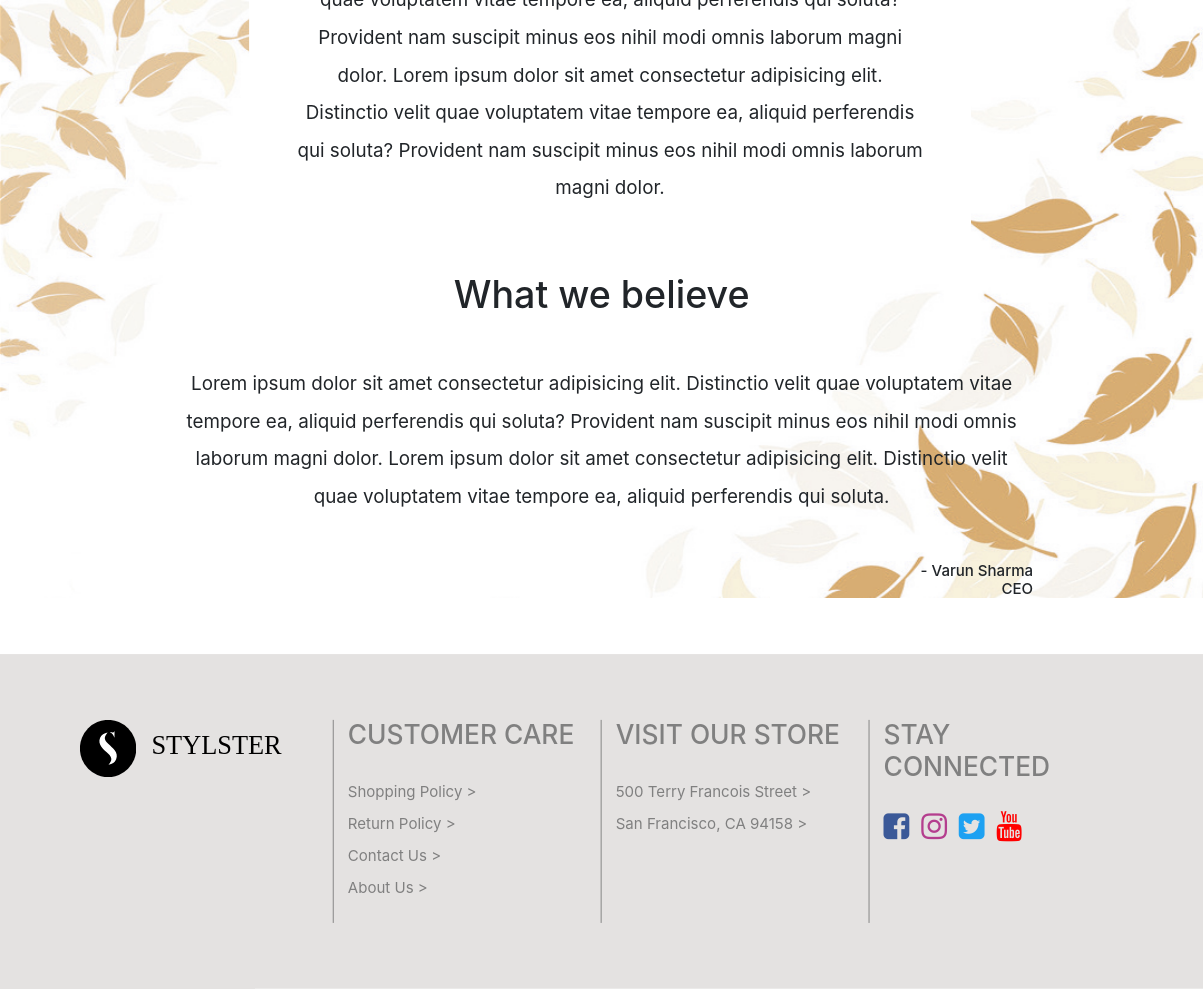
Repository: Lovekr/stylester
Page: stylster_frontend_design/career.html
An editor plug-in stored every save of this project. The page is shown before and after the next save, followed by the edit.
The browser window is 1280 px wide. The pictures show the part of the page from y = 736 to 1788 px (the page is 1788 px tall), at 94% of full size.
Some web fonts or font styles are not loaded; a fallback is used.

Above is the page before, as saved 2020-03-10 17:53:28.

### stylster_frontend_design/career.html
<!DOCTYPE html>
<html lang="en">
<head>
    <meta charset="UTF-8">
    <meta name="viewport" content="width=device-width, initial-scale=1.0">
    <link rel="stylesheet" href="https://stackpath.bootstrapcdn.com/bootstrap/4.4.1/css/bootstrap.min.css" >
     <link rel="stylesheet" href="./css/owl.carousel.css">
     <link rel="stylesheet" href="./css//owl.theme.default.min.css">
     <link rel="stylesheet" href="https://cdnjs.cloudflare.com/ajax/libs/font-awesome/4.7.0/css/font-awesome.min.css">
    <link rel="stylesheet" href="./css/career.css">

    <title>STYLSTER</title>
</head>
<body>


  <div id="navbar">
    <nav class="navbar navbar-expand-lg navbar-light">
        <img class="addright"
        src="./asset/stylster logo1-01.svg"><a class="navbar-brand headingfont" href="#">STYLSTER</a>

      <button class="navbar-toggler" type="button" data-toggle="collapse" data-target="#navbarSupportedContent" aria-controls="navbarSupportedContent" aria-expanded="false" aria-label="Toggle navigation">
        <span class="navbar-toggler-icon"></span>
    </button>
        <div class="collapse navbar-collapse" id="navbarSupportedContent">
          <input type="text" placeholder="e.g. T-shirt, Top ...">
          <div class="navbar-manu-inside">
            <a href="#">MEN</a>
            <a href="#">WOMEN</a>
            <a href="#">DEALS</a>
            <a href="#">STYLE PICK</a>
            <a href="#">BLOGGER NETWORK</a>
            <a href="#">ABOUT</a>
          </div>
          <div class="displaynone1000">
            <div>
                <i class="fa fa-facebook-square"></i>
                <i class="fa fa-instagram"></i>
                <i class="fa fa-pinterest-square"></i>
                <i class="fa fa-youtube"></i>
              </div>
              <div class="flexIcon">
                <img src="./asset/nav icon/navHeart.png">
                <img src="./asset/nav icon/navUser.png">
              </div>
          </div>
        </div>

    </nav>
    <div class="navbar-manu">
      <a href="#">MEN</a>
      <a href="#">WOMEN</a>
      <a href="#">DEALS</a>
      <a href="#">STYLE PICK</a>
      <a href="#">BLOGGER NETWORK</a>
      <a href="#">ABOUT</a>
    </div>
</div>
<div class="container mt-5 interested text-center">
  <div class="flex1">
       <h4 class="mr-3 pb-2">I'm Interested in </h4>
       <select class="mr-3 mb-2 form-control" id="exampleFormControlSelect1">
           <option>Choose your category </option>
           <option>2</option>
           <option>3</option>
           <option>4</option>
           <option>5</option>
       </select>
       <div>
           <button type="button" class="btn">GO</button>
       </div>
  </div>
</div>
    <div class="main-header bgOffice">
        <h1 class="career-header headingfont">Join Stylster...</h1>
    </div>


     <div class="container-fluid backgroundimg">
           <div class="career-sub-text">
                <p >Lorem ipsum dolor sit amet consectetur adipisicing elit. Distinctio velit quae voluptatem vitae tempore ea, aliquid perferendis qui soluta? Provident nam suscipit minus eos nihil modi omnis laborum magni dolor. Lorem ipsum dolor sit amet consectetur adipisicing elit. Distinctio velit quae voluptatem vitae tempore ea, aliquid perferendis qui soluta? Provident nam suscipit minus eos nihil modi omnis laborum magni dolor.</p>
            </div>
            <div class="text-center career-head-believe container">
              <div class="textbackground">
                <h1 class="textbackground">What we believe</h1>
              </div>

                <p>Lorem ipsum dolor sit amet consectetur adipisicing elit. Distinctio velit quae voluptatem vitae tempore ea, aliquid perferendis qui soluta? Provident nam suscipit minus eos nihil modi omnis laborum magni dolor. Lorem ipsum dolor sit amet consectetur adipisicing elit. Distinctio velit quae voluptatem vitae tempore ea, aliquid perferendis qui soluta.</p>
               <div class="text-right mr-5 pr-5">
                <h6>- Varun Sharma </h6>
                <h6 class="">CEO</h6>
               </div>
            </div>
        </div>


        <div id="footer" class="container-fluid">
          <div class="row">
              <div class="col-xs-12 col-sm-6 col-md-3 rline">
                <h3 class="footer-stylster headingfont footertext"><img class="pr-3 " src="./asset/stylster logo1-01.svg">STYLSTER</h1>


              </div>
              <div class="col-xs-12 col-sm-6 col-md-3 rline rline3">
                  <h3>CUSTOMER CARE</h3>
                  <ul>
                      <li><a href="#">Shopping Policy ></a></li>
                      <li><a href="#">Return Policy ></a></li>
                      <li><a href="#">Contact Us ></a></li>
                      <li><a href="#">About Us ></a></li>
                  </ul>

              </div>
              <div class="col-xs-12 col-sm-6 col-md-3 rline">
                  <h3>VISIT OUR STORE</h3>
                  <ul>
                      <li><a href="#">500 Terry Francois Street ></a></li>
                      <li><a href="#">San Francisco, CA 94158 ></a></li>

                  </ul>
              </div>
              <div class="col-xs-12 col-sm-6 col-md-3 rline2">
                  <h3>STAY CONNECTED</h3>
                  <div class="mt-4">
                      <a href="#"><i class="fa fa-facebook-square fa-2x pr-2"></i></a>
                      <a href="#"><i class="fa fa-instagram fa-2x pr-2"></i></a>
                      <a href="#"><i class="fa fa-twitter-square fa-2x pr-2"></i></a>
                      <a href="#"><i class="fa fa-youtube fa-2x "></i></a>

                  </div>
              </div>
          </div>
        </div>


<script src="https://code.jquery.com/jquery-3.4.1.slim.min.js" ></script>
<script src="https://cdn.jsdelivr.net/npm/popper.js@1.16.0/dist/umd/popper.min.js" ></script>
<script src="https://stackpath.bootstrapcdn.com/bootstrap/4.4.1/js/bootstrap.min.js" ></script>

</body>
</html>

### stylster_frontend_design/css/career.css
@import url('https://fonts.googleapis.com/css?family=Allerta+Stencil&display=swap');
.headingfont
{
    font-family: 'Allerta Stencil';

}
*{
    margin: 0;
    padding: 0;
}
h1,h2,h3,h4,h5,h6,p{
    padding: 0px;
    margin: 0px;
}
.backgroundimg {
    background: url("../asset/brown\ leaf-01.svg");
    background-size: cover;
    width: 100%;
}

/* navbar */


#navbar{
    background-color: white !important;
}
#navbar .navbar-brand{
    font-size: 40px;
    font-weight: 500;
}
#navbar i{
    margin-right: 10px;
    font-size: 20px;
}

#navbar .nav-link{
    color: black;
    margin:0px 20px 0px 20px;
    text-decoration: underline;
    font-weight: 500;
}

.flexIcon{
    display: flex;
    justify-content: center;
    width: 100%;
}
.flexIcon i{

    width: 30px;
    padding: 3px  7px;
    height: 25px;
 }
 .flexIcon img{

    width: 40px;
    padding-right: 10px;
    }

    #navbar input{
        width: 65%;
        margin:auto 200px auto 30px;
         outline: 0;
        border-width: 0 0 2px;
        border-color: rgb(54, 53, 53);
    }
#navbar input:focus {
    border-color: black
  }
  #navbar input::placeholder{
    color: rgb(102, 99, 99) !important;
    padding-left: 10px;
}
.navbar-manu{
    display: flex;
    justify-content: center;
}
.navbar-manu a{
    margin: 10px 50px;
}
.navbar-manu a{
    color: black !important;
   font-weight: 500;
}
.navbar-manu a:hover{
    text-decoration: underline;
}
.fa-facebook-square {
    color: #3b5998;
  }
.fa-instagram {
    color: #B43E8E;
}
.fa-pinterest-square {
    color: #bd081c;
}
.fa-youtube {
      color: #FF0000;
}
.fa-twitter-square {
    color: #1da1f2;
}
.footertext{
    color: black !important;
}
::placeholder {
    color:white !important;
}

.textbackground:before {
    position: absolute;
    width: 100%;
    height: 41px;
    top: auto;
    left: 70%;
    border-top: 15px solid #F2CEAE;
    z-index: -7;
    content: "";
    position: absolute;
    display: block;
    overflow: hidden;
    left: -1px;
    margin-top: 27px;
}
@media only screen and (min-width: 1000px){
    .navbar-manu-inside{
        display: none;
    }
}

@media only screen and (max-width: 1000px){
    .displaynone1000{
        display: none;
    }
    .navbar-manu{
        display: none;

    }

    .navbar-manu-inside {
        display: flex;
        flex-direction: column;
        margin: 20px 0px 20px 30px;
        padding: 20px 0px;
    }

    .navbar-manu-inside a{
            margin: 10px 0px;
            color: black !important;
            font-weight: 500;
    }

}
@media only screen and (max-width: 1024px){
    #navbar input {
    width: 50%;
    }
    .navbar-manu a {
        margin: 10px 20px;
    }
}

@media only screen and (max-width: 770px){
    #navbar input {
        width: 70%;
    }
}

@media only screen and (max-width: 450px){
    #navbar input {
        width: 100%;
        margin:auto;
        margin-top: 15px;
    }
}











  /* main header */

  .bgOffice{
      background: url('https://images.unsplash.com/photo-1497366811353-6870744d04b2?ixlib=rb-1.2.1&ixid=eyJhcHBfaWQiOjEyMDd9&auto=format&fit=crop&w=750&q=80');
      background-size: cover;
      width: 100%;
      height: 70vh;
      background-position: center;
      background-repeat: no-repeat;


    }

.bgOffice .career-header{
    position: relative;
    top: 32%;
    width: 900px !important;
    text-align: right;

    font-size: 80px;
    background-color: #c1a693;
    opacity: 1.7;
    padding: 3px 20px;
    width: 500px;
}

.career-sub-text{
    background-color: white;
    width: 60vw;
    position: relative;;
   top: -110px;
   left: 20%;
    line-height: 40px;
    padding: 50px;
    width: 100;
    border-radius: 20px;
    align-items: center;
    font-size: 20px;
    text-align: center;
}
.career-head-believe{
    margin-top:-90px !important;
}


.career-head-believe p{
    padding: 50px 100px;
    font-size: 20px;
    line-height: 40px;
}
.interested{
    padding: 0px 150px;

}
.interested select{
    width: 400px;
}

.interested .form-control{
    color: white;
    background-color: black;
}
.interested .btn{
    background-color: black;
    color: white;
    font-weight: 600;
}
.interested button:hover{
    background-color: rgb(163, 157, 157);
    color: black;
}
.interested .flex1{
    display: flex;
    justify-content: center;
}

/* responsive 1024 */


@media only screen and (max-width: 1100px) {
    #navbar .displaynone1000{
       display: none;
    }
    .bgOffice .career-header {
        width: 730px !important;
    }
    .career-sub-text {
        bottom: -10%;
        font-size: 25px;
    }
    .career-head-believe p{
        font-size: 25px;
    }


}

/* responsive 770 */

@media only screen and (max-width: 770px) {

  .career-head-believe p {
        padding: 50px 100px;
    }

    .career-sub-text {
        width: 80vw;
        left: 10%;
        bottom: -20% !important;
        font-size: 18px;

    }
    .bgOffice .career-header {
        width: 650px !important;
    }
    .career-head-believe{
        margin-top: 300px;
    }
    .career-head-believe h1{
        padding: 0px  100px;
    }
    .career-head-believe p{
        font-size: 18px;
    }
    .interested .flex1{

    }
    .flex1{
        display: flex;
        flex-direction: column;
        justify-content: center;
    }

}


/* footer */


#footer .row{
    padding: 70px;

}

#footer{
    margin-top: 60px;
    background-color: rgb(228, 226, 225);
}
/* .footer-stylster{
    line-height: 0;
} */
#footer ul {
    list-style: none;
}
#footer a,#footer h3{
    color: gray;
}
#footer a:hover{
    color: black;
    font-weight: 500;
}

.rline{
    border-right: 1px solid gray;

}

#footer ul li{
    padding-bottom: 10px;
}
#footer h3{
    margin-bottom: 30px;
}

@media only screen and (max-width: 770px){


    #footer .row {
        padding: 30px;
    }


}

@media only screen and (max-width: 420px){

    .rline{
        border: none;
    }

}


@media only screen and (max-width: 1024px){
    .career-sub-text {
        bottom: -5%;
    }
    .career-sub-text {

        width: 80vw;

        top: -200px;
        left: 10%;

    }
}

/* min 1024 */
@media only screen and (min-width: 1030px) {

    .bgOffice .career-header {
        width: 650px ;
    }
    .career-sub-text {
        bottom: -30%;
    }

}

@media only screen and (max-width: 380px){
    /* .career-sub-text {
        bottom: -20;
    } */
}
/* max 400 */
@media only screen and (max-width: 450px){
    .bgOffice .career-header {
        width: 300px !important;
        font-size: 30px;
    }
    .career-head-believe{
        margin-top: -180px !important;
    }
    .interested {
        align-items: center;
    }
    .interested select{
        width: 250px;
        display: flex !important;
        width: 100%;
        justify-content: center;
    }
    .form-control{
        display: none;
    }
    .career-sub-text{
        font-size: 14px;
        line-height: 1.5;
        padding: 20px;
        width: 80vw;
        left: 7%;
    }
    .career-head-believe{
         margin-top: 200px;
    }
    .career-head-believe p{
        padding: 50px 20px;
        line-height: 1.5;
        font-size: 14px;
    }
    .career-sub-text {
        bottom: -25%;
    }
    .interested {
        padding: 0px 50px;
    }
    .career-head-believe h1{
        padding: 0px  50px;
        font-size: 30px;
    }
    .interested .btn{
        padding: 0;
    height: 35px;
    width: 50px;
    }


}

/* @media only screen and (max-width: 500px){
    .bgOffice .career-header {
        top: ;
} */

Loaded but not shown: stylster_frontend_design/css/owl.carousel.css (library); stylster_frontend_design/css/owl.theme.default.min.css (common file)

After the next save:
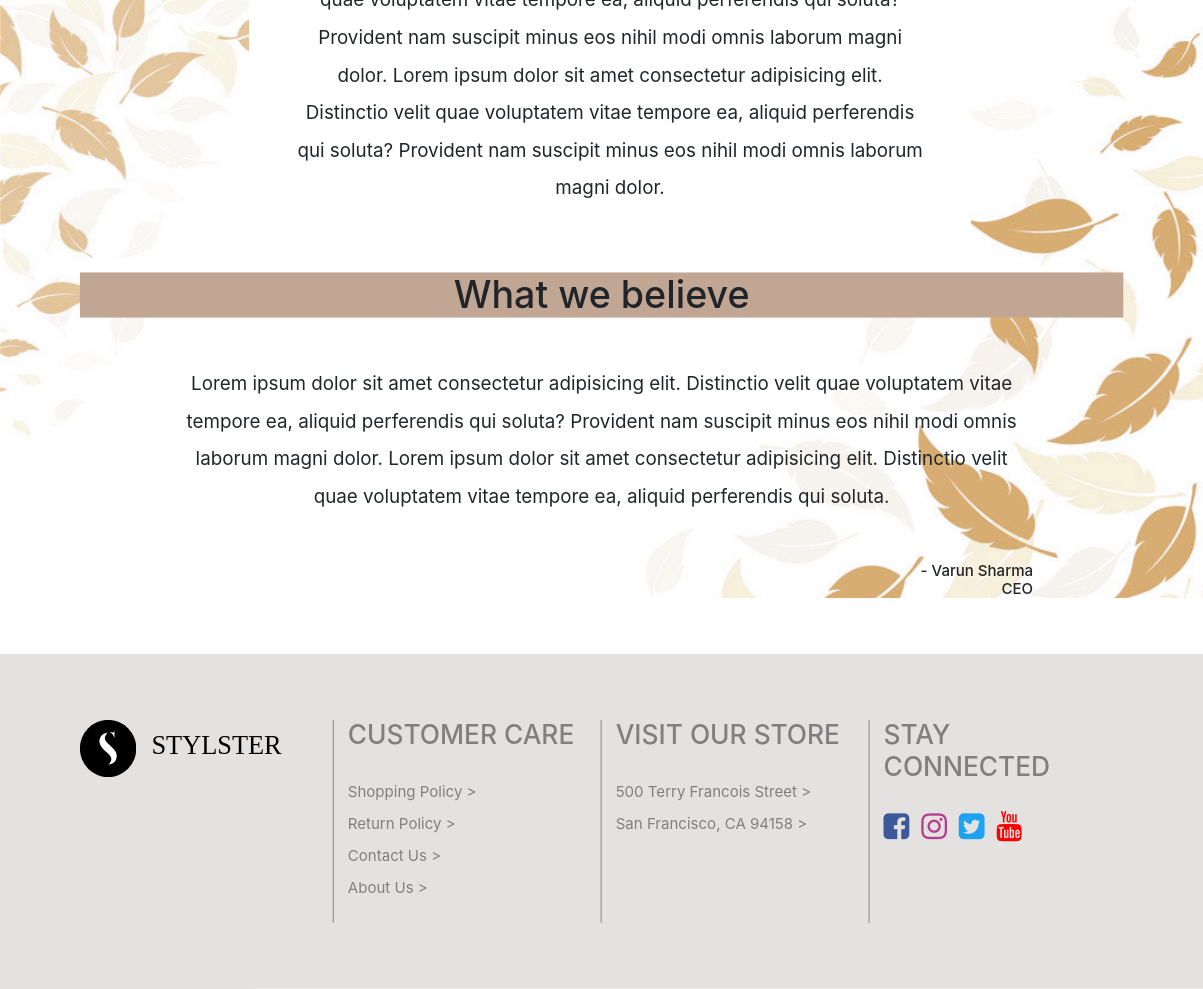
Saved 43 s later.
--- a/stylster_frontend_design/career.html
+++ b/stylster_frontend_design/career.html
@@ -81,10 +81,7 @@
                 <p >Lorem ipsum dolor sit amet consectetur adipisicing elit. Distinctio velit quae voluptatem vitae tempore ea, aliquid perferendis qui soluta? Provident nam suscipit minus eos nihil modi omnis laborum magni dolor. Lorem ipsum dolor sit amet consectetur adipisicing elit. Distinctio velit quae voluptatem vitae tempore ea, aliquid perferendis qui soluta? Provident nam suscipit minus eos nihil modi omnis laborum magni dolor.</p>
             </div>
             <div class="text-center career-head-believe container">
-              <div class="textbackground">
                 <h1 class="textbackground">What we believe</h1>
-              </div>
-
                 <p>Lorem ipsum dolor sit amet consectetur adipisicing elit. Distinctio velit quae voluptatem vitae tempore ea, aliquid perferendis qui soluta? Provident nam suscipit minus eos nihil modi omnis laborum magni dolor. Lorem ipsum dolor sit amet consectetur adipisicing elit. Distinctio velit quae voluptatem vitae tempore ea, aliquid perferendis qui soluta.</p>
                <div class="text-right mr-5 pr-5">
                 <h6>- Varun Sharma </h6>
--- a/stylster_frontend_design/css/career.css
+++ b/stylster_frontend_design/css/career.css
@@ -106,21 +106,20 @@ h1,h2,h3,h4,h5,h6,p{
 ::placeholder {
     color:white !important;
 }
-
 .textbackground:before {
     position: absolute;
     width: 100%;
-    height: 41px;
+    height: 17px;
     top: auto;
     left: 70%;
-    border-top: 15px solid #F2CEAE;
+    border-top: 47px solid #F2CEAE;
     z-index: -7;
     content: "";
     position: absolute;
     display: block;
     overflow: hidden;
     left: -1px;
-    margin-top: 27px;
+    margin-top: 25px;
 }
 @media only screen and (min-width: 1000px){
     .navbar-manu-inside{
@@ -227,7 +226,11 @@ h1,h2,h3,h4,h5,h6,p{
 .career-head-believe{
     margin-top:-90px !important;
 }
-
+.career-head-believe h1{
+     background-color: #c1a693;
+     padding: 0px 300px;
+     opacity: 1.8;
+}
 
 .career-head-believe p{
     padding: 50px 100px;
